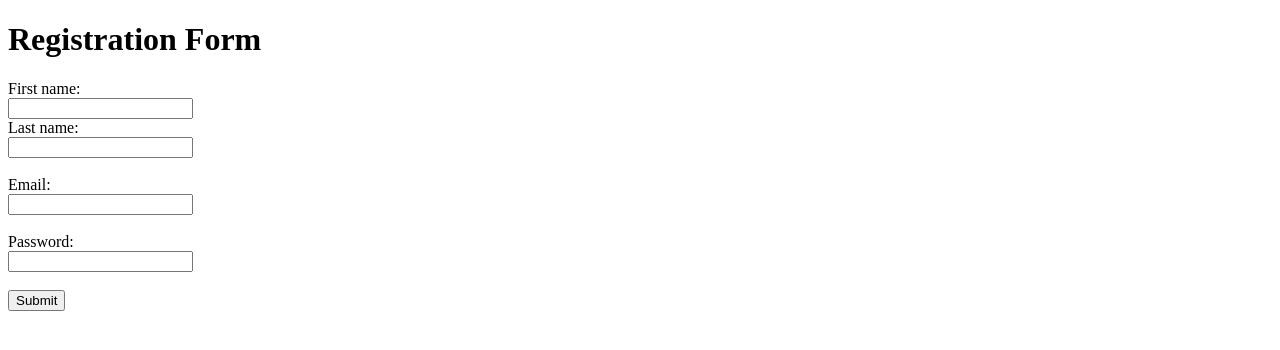
Repository: sach7691/eclipse-projects
Page: http://localhost/customer-management-application/
These files come from the project's save history. The page is drawn as it stood at one moment and after the next save; the edit follows.
The browser window is 1280 px wide. The pictures show the whole page.
The page is served by Tomcat 9.

Above is the page before, as saved 2022-08-10 19:14:46.

After the next save:
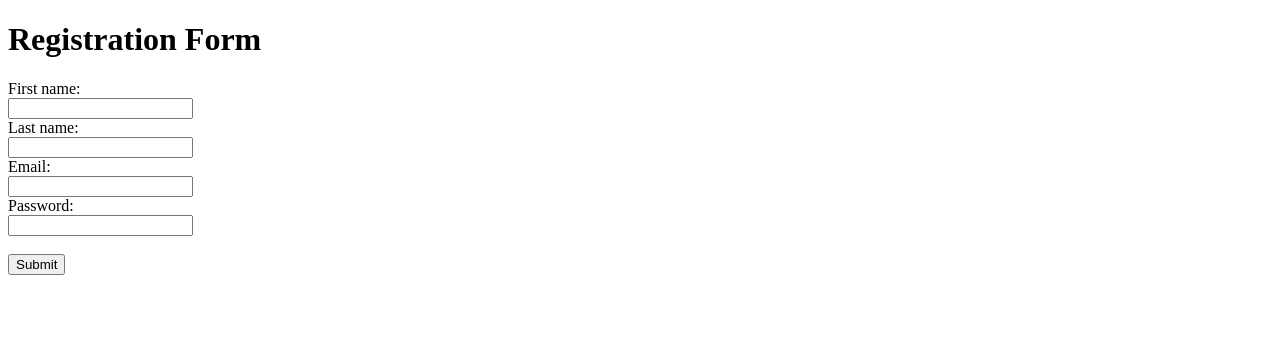
Saved 44 s later.
--- a/customer-management-application/src/main/webapp/index.jsp
+++ b/customer-management-application/src/main/webapp/index.jsp
@@ -13,9 +13,9 @@
   <label for="fname">First name:</label><br>
   <input type="text" id="fname" name="firstName"><br>
   <label for="lname">Last name:</label><br>
-  <input type="text" id="lname" name="lastName"><br><br>
+  <input type="text" id="lname" name="lastName"><br>
   <label for="email">Email:</label><br>
-  <input type="text" id="email" name="customerEmail"><br><br>
+  <input type="text" id="email" name="customerEmail"><br>
   <label for="password">Password:</label><br>
   <input type="password" id="password" name="customerPassword"><br><br>
   <input type="submit" value="Submit">
